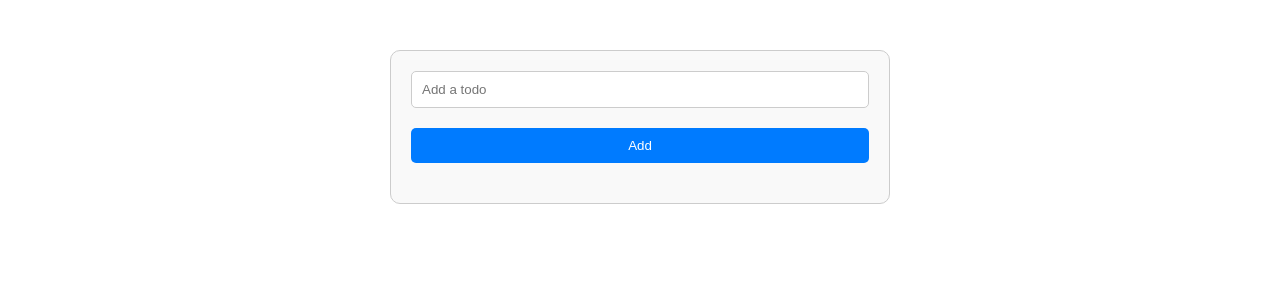
Repository: Fariadd/Vanilla-JS
Page: movieAPI/index.html
These files come from the project's save history. The page is drawn as it stood at one moment and after the next save; the edit follows.
The browser window is 1280 px wide. The pictures show the whole page.

Above is the page before, as saved 2024-10-02 22:05:00.

After the next save:
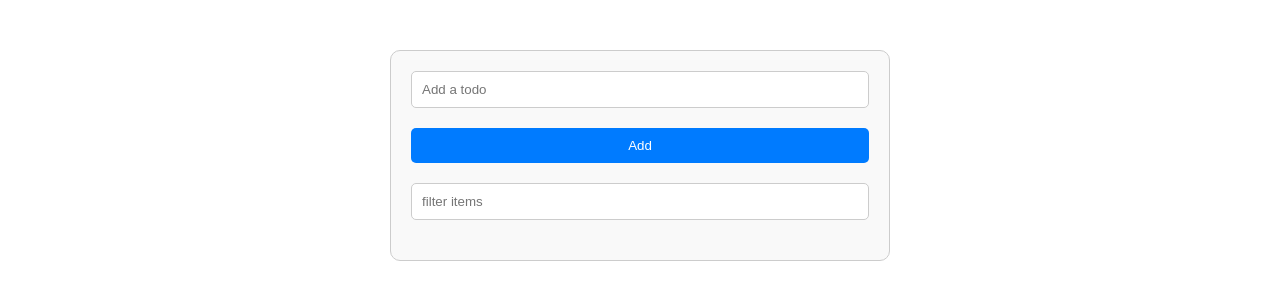
Console error: ReferenceError: itemList is not defined
Saved 13 s later.
--- a/movieAPI/script.js
+++ b/movieAPI/script.js
@@ -121,12 +121,18 @@
 
 function checkUI() {
   const liLists = cardList.querySelectorAll("li");
-  if (liLists.length === 0) {
+  if (liLists.length !== 0) {
     filter.style.display = "none";
   } else {
+    filter.style.display = "block";
   }
 }
-
+function checkUI() {
+  const liItems = itemList.querySelectorAll("li");
+  liItems.length === 0
+    ? ((clearButton.style.display = "none"), (filter.style.display = "none"))
+    : ((clearButton.style.display = "block"), (filter.style.display = "block"));
+}
 checkUI();
 cardList.addEventListener("click", removeItemFromStorage);
 filter.addEventListener("input", filterItem);

After the 3 saves that followed:
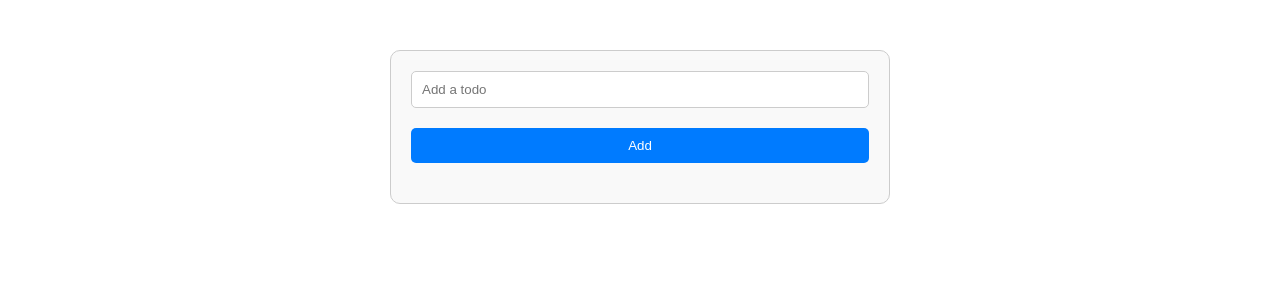
The error is gone.
The 3 saves are shown as one change because 1 left the picture as it was and some came seconds apart.
The last was saved 10 s later.
--- a/movieAPI/script.js
+++ b/movieAPI/script.js
@@ -121,18 +121,13 @@
 
 function checkUI() {
   const liLists = cardList.querySelectorAll("li");
-  if (liLists.length !== 0) {
+  if (liLists.length === 0) {
     filter.style.display = "none";
   } else {
     filter.style.display = "block";
   }
 }
-function checkUI() {
-  const liItems = itemList.querySelectorAll("li");
-  liItems.length === 0
-    ? ((clearButton.style.display = "none"), (filter.style.display = "none"))
-    : ((clearButton.style.display = "block"), (filter.style.display = "block"));
-}
+
 checkUI();
 cardList.addEventListener("click", removeItemFromStorage);
 filter.addEventListener("input", filterItem);
